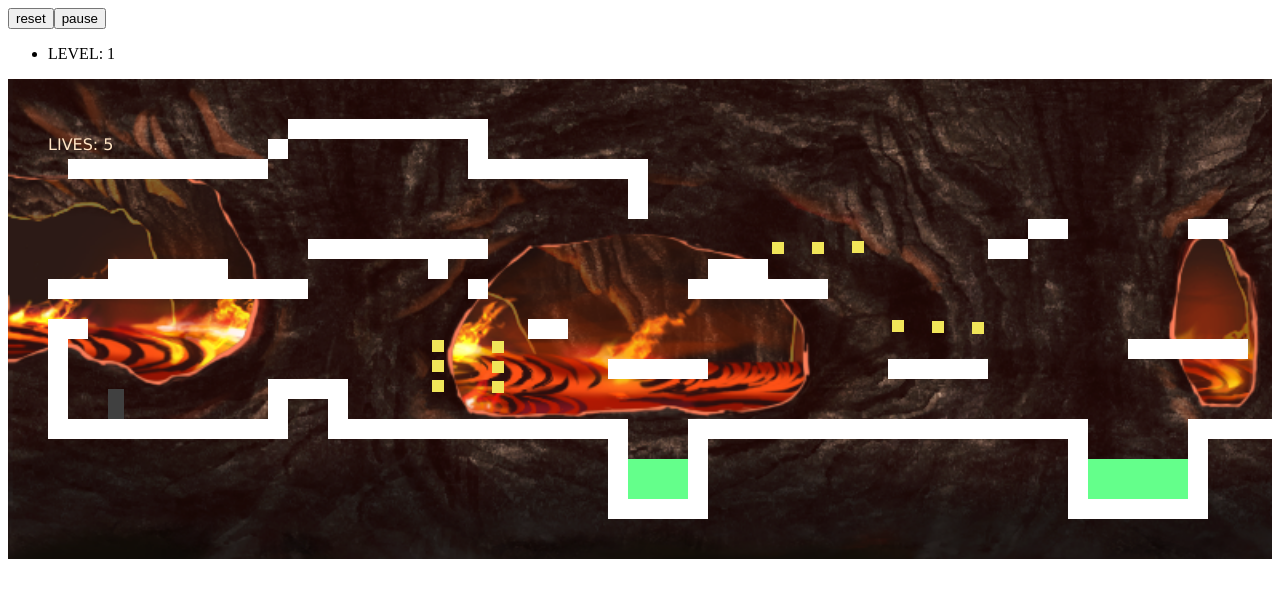
Repository: luccas-teddy/examenlucas
Page: index.html
The author's editor kept a copy of each file at every save. The page is drawn from the files as they stood at one save, then again after the next save.
The browser window is 1280 px wide. The pictures show the whole page.

Above is the page before, as saved 2021-02-18 02:28:51.

### index.html
<!doctype html>
<table>
<tr>
  <button id="reset" class="gamebutton" onclick="this.blur();">reset</button>
  <button id="pause" class="gamebutton" onclick="this.blur();">pause</button>
</tr>


<ul>
  <li id="lives" class="statss">LIVES: 5</li>
  <li id="level" class="stats">LEVEL: 1</li>
</ul>
</table>


<script src="code/chapter/16_game.js"></script>
<script src="code/levels.js"></script>

<link rel="stylesheet" href="css/game.css">

<body>
  <script>
    runGame(GAME_LEVELS, DOMDisplay);
  </script>
</body>

### code/levels.js
var GAME_LEVELS = [`
................................................................................
................................................................................
..............##########........................................................
.............#.........#........................................................
...##########..........#########................................................
...............................#................................................
...............................#..................................###...........
...................................................##......##....##+##..........
...............#########..............o.o.o......##..............##+++++##......
.....######..........#.............###............................##+##.........
..#############........#..........#######.........................#v#...........
............................................................................##..
..##......................##................o.o.o............................#..
..#..................o..o...............................######.............#....
..#..................o..o.....#####.........#####.....................o.#.......
..#..........####....o..o....................................................#..
..#..@.......#..#................................................#####.......#..
..############..###############...####################.....#######...#########..
..............................#...#..................#.....#....................
..............................#+++#..................#+++++#....................
..............................#+++#..................#+++++#....................
..............................#####..................#######....................
................................................................................
................................................................................
`,`
................................................................................
................................................................................
....###############################.............................................
...##.............................##########################################....
...#.......................................................................##...
...#....o...................................................................#...
...#................................................=.......................#...
...#.o........################...................o..o...........|........o..#...
...#.........................#..............................................#...
...#....o....................##########.....###################....##########...
...#..................................#+++++#.................#....#............
...###############....oo......=o.o.o..#######.###############.#....#............
.....#...............o..o.............#.......#......#........#....#............
.....#....................#############..######.####.#.########....########.....
.....#.............########..............#...........#.#..................#.....
.....#..........####......####...#####################.#..................#.....
.....#........###............###.......................########....########.....
.....#.......##................#########################......#....#............
.....#.......#................................................#....#............
.....###......................................................#....#............
.......#...............o...........................................#............
.......#...............................................o...........#............
.......#########......###.....############.........................##...........
.............#..................#........#####....#######.o.........########....
.............#++++++++++++++++++#............#....#.....#..................#....
.............#++++++++++++++++++#..........###....###...####.o.............#....
.............####################..........#........#......#.....|.........#....
...........................................#++++++++#......####............#....
...........................................#++++++++#.........#........@...#....
...........................................#++++++++#.........##############....
...........................................##########...........................
................................................................................
`,`
......................................#++#........................#######....................................#+#..
......................................#++#.....................####.....####.................................#+#..
......................................#++##########...........##...........##................................#+#..
......................................##++++++++++##.........##.............##...............................#+#..
.......................................##########++#.........#....................................o...o...o..#+#..
................................................##+#.........#.....o...o....................................##+#..
.................................................#+#.........#................................###############++#..
.................................................#v#.........#.....#...#........................++++++++++++++##..
.............................................................##..|...|...|..##............#####################...
..............................................................##+++++++++++##............v........................
...............................................................####+++++####......................................
...............................................#.....#............#######........###.........###..................
...............................................#.....#...........................#.#.........#.#..................
...............................................#.....#.............................#.........#....................
...............................................#.....#.............................##........#....................
...............................................##....#.............................#.........#....................
...............................................#.....#......o..o.....#...#.........#.........#....................
...............#######........###...###........#.....#...............#...#.........#.........#....................
..............##.....##..##.....#...#..........#.....#.....######....#...#...#########.......#....................
.............##.......##........#.o.#..........#....##...............#...#...#...............#....................
.....@...##....#.........#........#...#..........#.....#...............#...#...#...............#..................
....###......#.........#........#...#..........#.....#...............#...#####...######......#....................
....#.#......#.........#.......##.o.##.........#.....#...............#.....o.....#.#.........#....................
++++#.#++++++#.........#++++++##.....##++++++++##....#++++++++++.....#.....=.....#.#.........#....................
++++#.#++++++#.........#+++++##.......##########.....#+++++++##+.....#############.##..o.o..##....................
++++#.#++++++#.........#+++++#....o.................##++++++##.+....................##.....##.....................
++++#.#++++++#.........#+++++#.....................##++++++##..+.....................#######......................
++++#.#++++++#.........#+++++##.......##############++++++##...+..................................................
++++#.#++++++#.........#++++++#########++++++++++++++++++##....+..................................................
++++#.#++++++#.........#++++++++++++++++++++++++++++++++##.....+..................................................
`,`
..............................................................................................................
..............................................................................................................
........................................o.....................................................................
..............................................................................................................
........................................#.....................................................................
........................................#.....................................................................
........................................#.....................................................................
........................................#.....................................................................
.......................................###....................................................................
.......................................#.#.................+++........+++..###................................
.......................................#.#.................+#+........+#+.....................................
.....................................###.###................#..........#......................................
......................................#...#.................#...oooo...#.......###............................
......................................#...#.................#..........#......#+++#...........................
......................................#...#.................############.......###............................
.....................................##...##......#...#......#................................................
......................................#...#########...########..............#.#...............................
......................................#...#...........#....................#+++#..............................
......................................#...#...........#.....................###...............................
.....................................##...##..........#.......................................................
......................................#...#=.=.=.=....#............###........................................
......................................#...#...........#...........#+++#.......................................
......................................#...#....=.=.=.=#.....o......###.......###..............................
.....................................##...##..........#.....................#+++#.............................
..............................o...o...#...#...........#.....#................##v........###...................
......................................#...#...........#..............#.................#+++#..................
.............................###.###.###.###.....o.o..#++++++++++++++#...................v#...................
.............................#.###.#.#.###.#..........#++++++++++++++#........................................
.............................#.............#...#######################........................................
.............................##...........##.........................................###......................
..###.........................#.....#.....#.........................................#+++#................###..
..#.#.........................#....###....#..........................................###.................#.#..
..#...........................#....###....#######........................#####.............................#..
..#...........................#...........#..............................#...#.............................#..
..#...........................##..........#..............................#.#.#.............................#..
..#.......................................#.......|####|....|####|.....###.###.............................#..
..#................###.............o.o....#..............................#.........###.....................#..
..#...............#####.......##..........#.............................###.......#+++#..........#.........#..
..#...............o###o.......#....###....#.............................#.#........###..........###........#..
..#................###........#############..#.oo.#....#.oo.#....#.oo..##.##....................###........#..
..#......@..........#.........#...........#++#....#++++#....#++++#....##...##....................#.........#..
..#############################...........#############################.....################################..
..............................................................................................................
..............................................................................................................
`,`
..................................................................................................###.#.......
......................................................................................................#.......
..................................................................................................#####.......
..................................................................................................#...........
..................................................................................................#.###.......
..........................o.......................................................................#.#.#.......
.............................................................................................o.o.o###.#.......
...................###................................................................................#.......
.......+..o..+................................................#####.#####.#####.#####.#####.#####.#####.......
.......#.....#................................................#...#.#...#.#...#.#...#.#...#.#...#.#...........
.......#=.o..#............#...................................###.#.###.#.###.#.###.#.###.#.###.#.#####.......
.......#.....#..................................................#.#...#.#...#.#...#.#...#.#...#.#.....#.......
.......+..o..+............o..................................####.#####.#####.#####.#####.#####.#######.......
..............................................................................................................
..........o..............###..............................##..................................................
..............................................................................................................
..............................................................................................................
......................................................##......................................................
...................###.........###............................................................................
..............................................................................................................
..........................o.....................................................#......#......................
..........................................................##.....##...........................................
.............###.........###.........###.................................#..................#.................
..............................................................................................................
.................................................................||...........................................
..###########.................................................................................................
..#.........#.o.#########.o.#########.o.##................................................#...................
..#.........#...#.......#...#.......#...#.................||..................#.....#.........................
..#..@......#####...o...#####...o...#####.....................................................................
..#######.....................................#####.......##.....##.....###...................................
........#=..................=................=#...#.....................###...................................
........#######################################...#+++++++++++++++++++++###+++++++++++++++++++++++++++++++++++
..................................................############################################################
..............................................................................................................
`];

if (typeof module != "undefined" && module.exports && (typeof window == "undefined" || window.exports != exports))
  module.exports = GAME_LEVELS;
if (typeof global != "undefined" && !global.GAME_LEVELS)
  global.GAME_LEVELS = GAME_LEVELS;
async function runGame(plans, Display) {
  for (let level = 0; level < plans.length;) {
    let status = await runLevel(new Level(plans[level]),
                                Display);
    if (status == "won") level++;
  }
  console.log("You've won!");
}

async function runGame(plans, Display)
{
  this.lives = 5;
  document.getElementById("reset").addEventListener("click", () => { document.location.reload(); })
  document.getElementById("pause").addEventListener("click", () => { this.paused; })
  this.livesView = document.getElementById("lives");
  this.levelView = document.getElementById("level");

  for (let level = 0; level < plans.length && lives > 0;)
  {
    let status = await runLevel(new Level(plans[level]),
      Display);
    if (status == "won")
    {
      level++;
      this.levelView.innerHTML = "LEVEL: " + `${ level + 1 }`;
    }
    else
    {
      lives--;
      this.livesView.innerHTML = "LIVES: " + this.lives;
    }

  }
  if (lives > 0)
  {
    console.log("You've won!");
    document.location.reload();
    document.write();

  }
  else
  {
    console.log("Perdiste!");
    document.location.reload();
  }
}

### css/game.css
.background    { background-image:url(9d.png);
}

 .background     {background :rgb (55, 167, 250)
                  background-image:url(taza.jpg);
                  background-repeat :no-repeat;
                  background-size: cover ;
                   table-layout: fixed;
                   border-spacing:  0;   }

.background td   { padding: 0;   }
.lava            { background: rgb(100, 255, 139); }
.wall            { background: rgb(255, 255, 255);   }

.actor  { position: absolute;  }

.coin   { background: rgb(241, 229, 89); }
.player { background: rgb(64, 64, 64); }

.game {
  overflow: hidden;
  max-width: 1500px;
  max-height: 820px;
  position: relative;
}

.lost .player {
  background: rgb(64, 106, 160);
}
.won .player {
  box-shadow: -4px -7px 8px white, 4px -7px 8px white;
}
stats{
     list-style-type: none;
  font-family: "jack Sans", "Lucida Sans Regular", "jack Grande",
    "jak Sans Unicode", Geneva, Verdana, sans-serif;
  text-transform: uppercase;
  color: rgb(199, 300, 255);
  z-index: 10;
  position: absolute;
  text-align: left;
  margin-top: 50px;
}
.statss{
   list-style-type: none;
  font-family: "Lucida Sans", "Lucida Sans Regular", "Lucida Grande",
    "jack Sans Unicode", Geneva, Verdana, sans-serif;
  text-transform: uppercase;
  color: bisque;
  z-index: 11;
  position: absolute;
  text-align: left;
  margin-top: 90px;
}

Loaded but not shown: code/chapter/16_game.js (359 lines, source omitted)

After the next save:
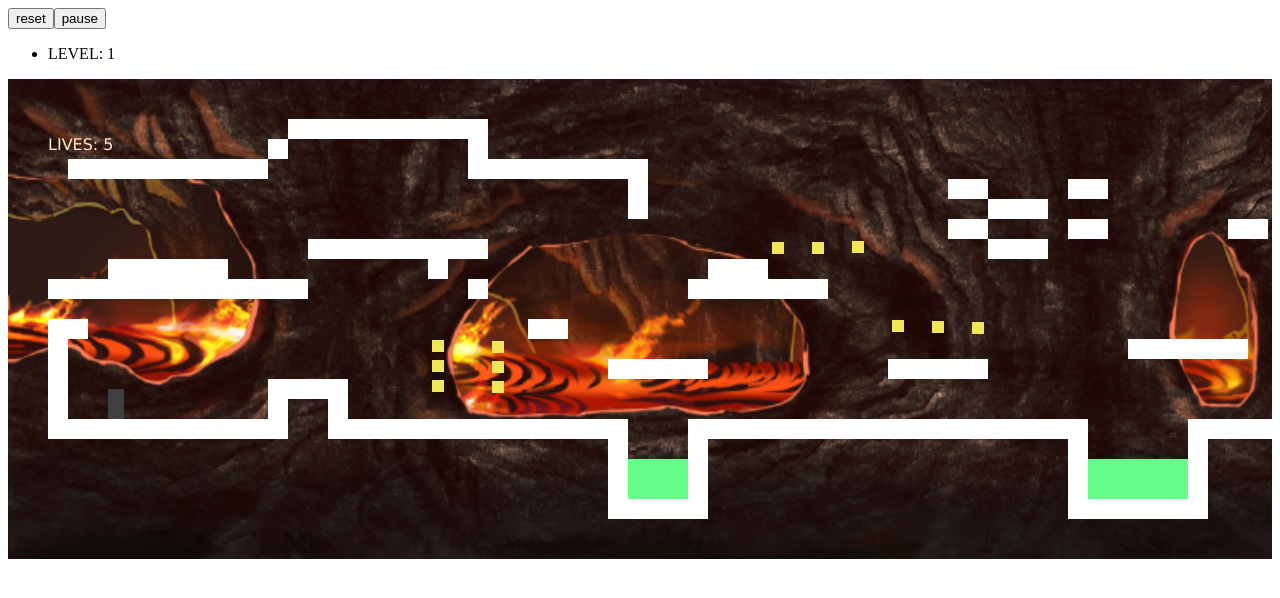
Saved 2 min 41 s later.
--- a/code/levels.js
+++ b/code/levels.js
@@ -4,10 +4,10 @@ var GAME_LEVELS = [`
 ..............##########........................................................
 .............#.........#........................................................
 ...##########..........#########................................................
-...............................#................................................
-...............................#..................................###...........
-...................................................##......##....##+##..........
-...............#########..............o.o.o......##..............##+++++##......
+...............................#...............##....##.........................
+...............................#.................###.................###........
+...............................................##....##......##....##+##........
+...............#########..............o.o.o......###..............##+++++##.....
 .....######..........#.............###............................##+##.........
 ..#############........#..........#######.........................#v#...........
 ............................................................................##..
